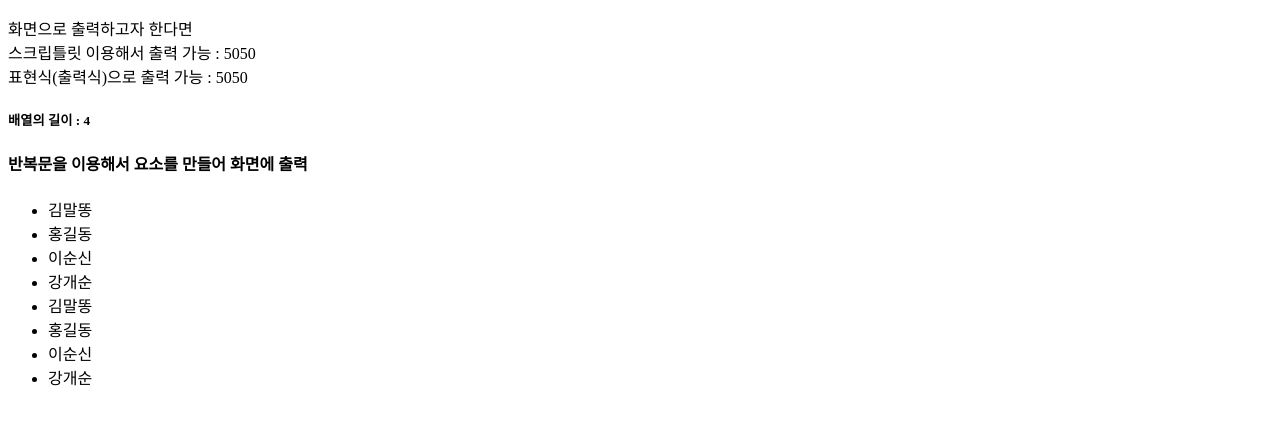
Repository: hyeye1/kh_webserverWorkspace
Page: http://localhost/2_JSP/views/01_ScriptingElement.jsp
An editor plug-in stored every save of this project. The page is shown before and after the next save, followed by the edit.
The browser window is 1280 px wide. The pictures show the whole page.
The page is served by Tomcat 9.

Above is the page before, as saved 2021-03-26 01:38:41.

After the next save:
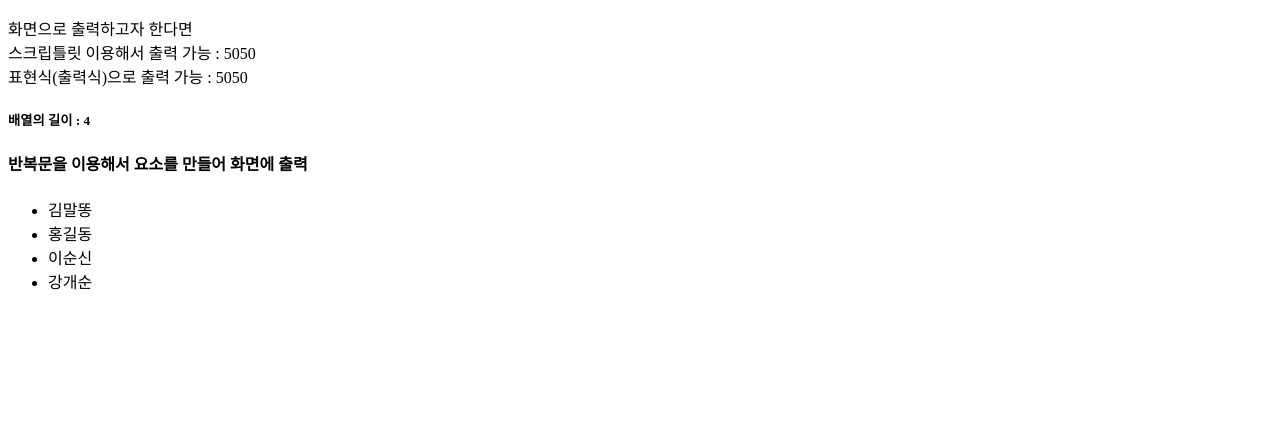
Saved 32 s later.
--- a/2_JSP/WebContent/views/01_ScriptingElement.jsp
+++ b/2_JSP/WebContent/views/01_ScriptingElement.jsp
@@ -7,16 +7,14 @@
 <title>Insert title here</title>
 </head>
 <body>
-	<% // 스크립틀릿 : 이안에 일반적인 자바코드 작성가능 (변수 선언 및 초기화, 제어문 등등)
-
+	<% // 스크립틀릿 : 이안에 일반적인 자바코드 작성 가능 (변수 선언 및 초기화, 제어문 등등)
 		int sum = 0;
 
 		for(int i=1; i<=100; i++){
 			sum += i;
 		}
 
-		System.out.println("덧셈 끝 ! 결과 : " + sum );
-
+		System.out.println("덧셈끝! 결과 : " + sum);
 	%>
 
 	<p>
@@ -34,15 +32,17 @@
 	<h4>반복문을 이용해서 요소를 만들어 화면에 출력</h4>
 
 	<ul>
+		<%--
 		<% for(int i=0; i<name.length; i++){ %>
-			<li> <%= name[i]%> </li>
+			<li><%= name[i] %></li>
+		<% } %>
+		--%>
+
+		<% for(String str : name){ %>
+			<li><%= str %></li>
 		<% } %>
 
-		<% for(String str : name){ %>
-			<li><%= str %> </li>
-		<% } %>
 	</ul>
-
 
 
 
